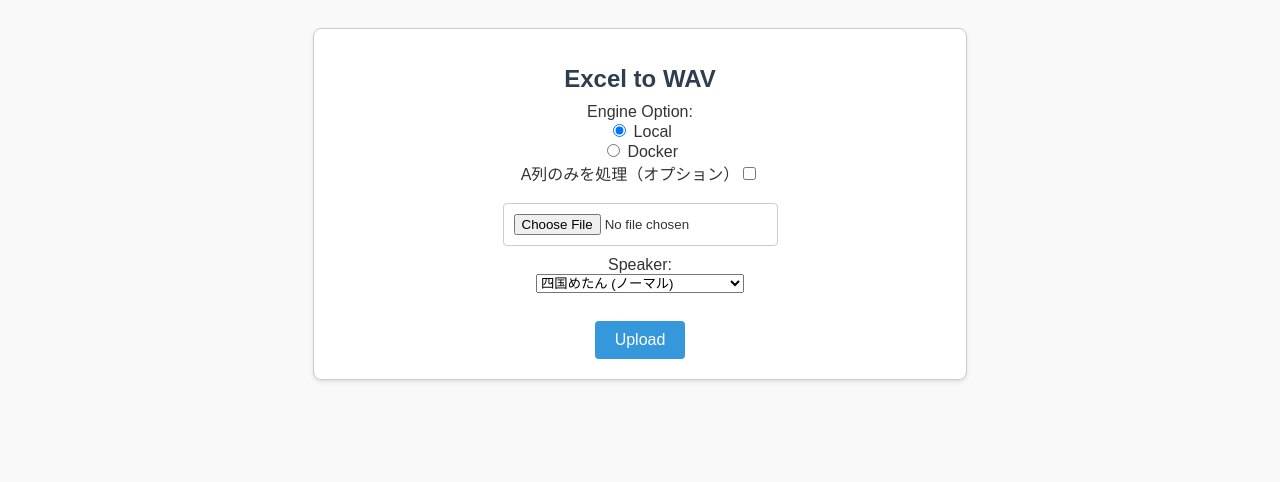
Repository: limonene213u/Excel-to-VOICE
Page: http://localhost/
An editor plug-in stored every save of this project. The page is shown before and after the next save, followed by the edit.
The browser window is 1280 px wide. The pictures show the whole page.
The page is served by the project's application, run on Flask 3 (volume/app.py).

Above is the page before, as saved 2023-10-11 01:46:28.

After the next save:
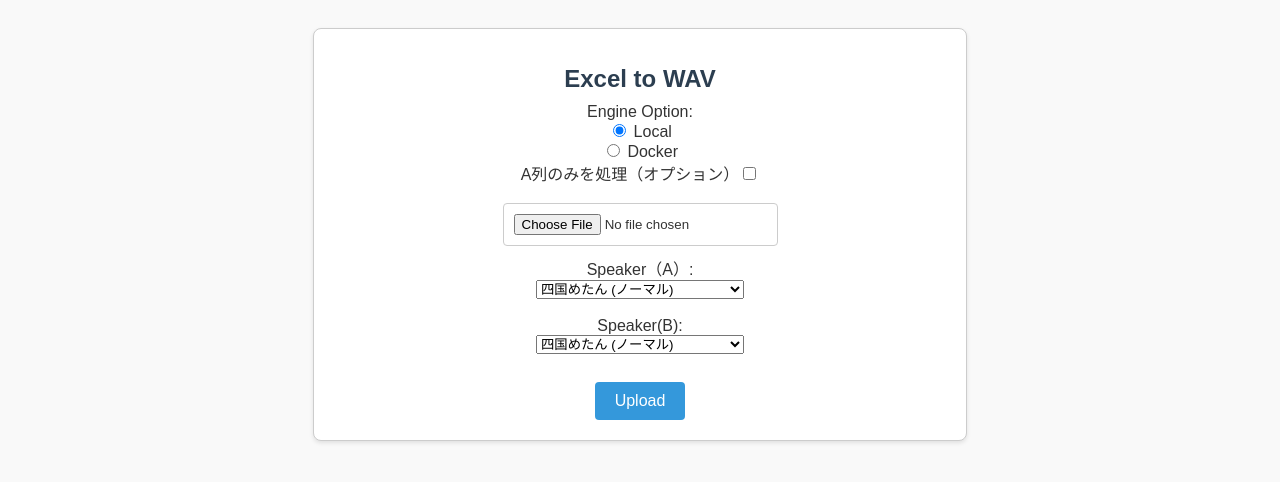
Saved 8 h 53 min later.
--- a/volume/templates/index.html
+++ b/volume/templates/index.html
@@ -59,8 +59,8 @@
         <label for="single_column">A列のみを処理（オプション）</label><input type="checkbox" name="single_column" id="single_column"><br><br>
         <input type="file" name="file" accept=".xlsx" required>
         <br>
-        <label for="speaker-id">Speaker:</label><br>
-        <select id="speaker-id" name="speaker-id">
+        <label for="speaker-id-a">Speaker（A）:</label><br>
+        <select id="speaker-id-a" name="speaker-id-a">
             <option value="2">四国めたん (ノーマル)</option>
             <option value="0">四国めたん (あまあま)</option>
             <option value="36">四国めたん (ささやき)</option>
@@ -68,6 +68,7 @@
             <option value="1">ずんだもん (あまあま)</option>
             <option value="22">ずんだもん (ささやき)</option>
             <option value="38">ずんだもん (ひそひそ)</option>
+            <option value="8">春日部つむぎ (ノーマル)</option>
             <option value="23">WhiteCUL (ノーマル)</option>
             <option value="24">WhiteCUL (たのしい)</option>
             <option value="25">WhiteCUL (かなしい)</option>
@@ -77,6 +78,27 @@
             <!-- ... 他の話者のオプションを追加するにゃん -->
             <option value="50">ナースロボ＿タイプＴ (内緒話)</option>
         </select><br><br>
+            <!-- 2つ目の話者を選択するドロップダウンメニューを追加にゃん -->
+            <label for="speaker-id-b">Speaker(B):</label><br>
+            <select name="speaker-id-b" id="speaker-id-b">
+                <!-- ここに話者のオプションを追加するにゃん -->
+                <option value="2">四国めたん (ノーマル)</option>
+                <option value="0">四国めたん (あまあま)</option>
+                <option value="36">四国めたん (ささやき)</option>
+                <option value="3">ずんだもん (ノーマル)</option>
+                <option value="1">ずんだもん (あまあま)</option>
+                <option value="22">ずんだもん (ささやき)</option>
+                <option value="38">ずんだもん (ひそひそ)</option>
+                <option value="8">春日部つむぎ (ノーマル)</option>
+                <option value="23">WhiteCUL (ノーマル)</option>
+                <option value="24">WhiteCUL (たのしい)</option>
+                <option value="25">WhiteCUL (かなしい)</option>
+                <option value="26">WhiteCUL (びえーん)</option>
+                <option value="30">No.7 (アナウンス)</option>
+                <option value="31">No.7 (読み聞かせ)</option>
+                <!-- ... 他の話者のオプションを追加するにゃん -->
+                <option value="50">ナースロボ＿タイプＴ (内緒話)</option>
+        </select><br><br>
         <input type="submit" value="Upload" id="upload-button">
     </form>
 </body>
